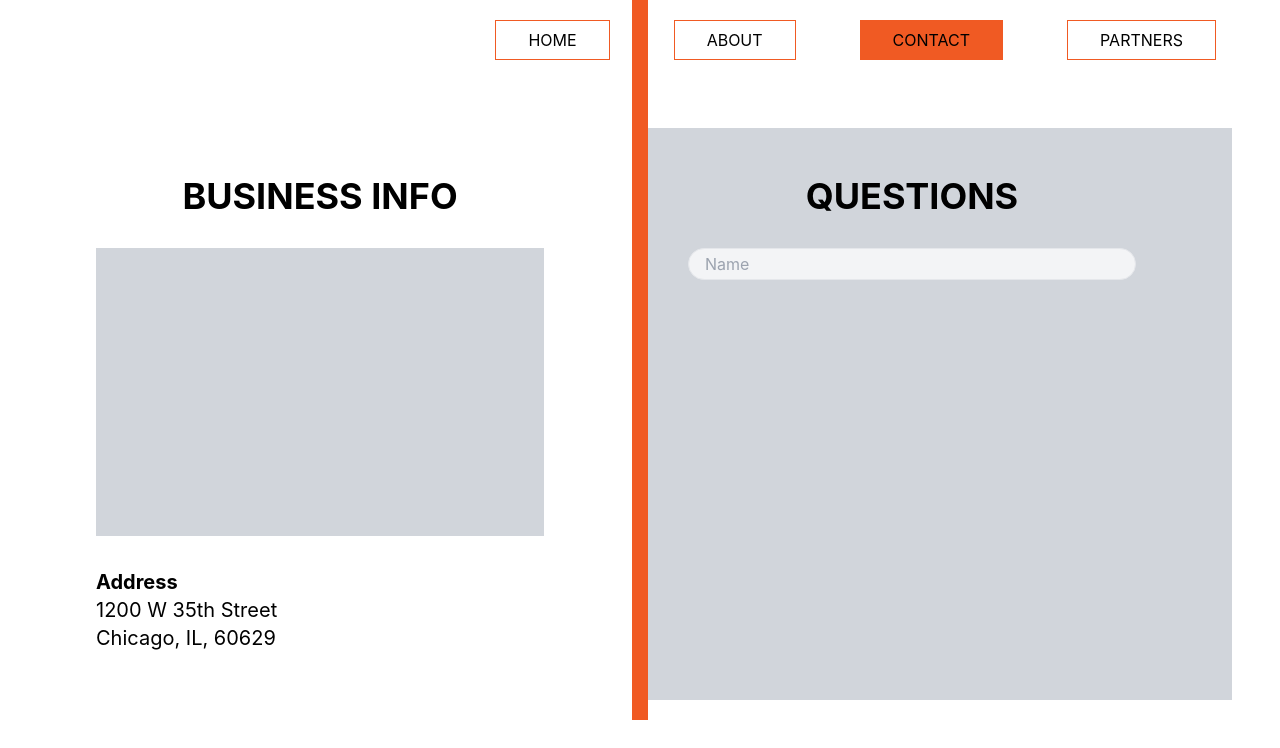
Repository: legenddev1202/whyclicktv
Page: /contact
The author's editor kept a copy of each file at every save. The page is drawn from the files as they stood at one save, then again after the next save.
The browser window is 1280 px wide. The pictures show the whole page.
The project was rebuilt for these pictures with package versions that can differ from the ones it lists, and the page was loaded fresh each time. Also part of the build but not shown: src/pages/home.js, src/pages/about.js, src/App.css.

Above is the page before, as saved 2022-03-31 09:51:36.

### src/index.css
@tailwind base;
@tailwind components;
@tailwind utilities;

body {
  margin: 0;
  font-family: -apple-system, BlinkMacSystemFont, "Segoe UI", "Roboto", "Oxygen",
    "Ubuntu", "Cantarell", "Fira Sans", "Droid Sans", "Helvetica Neue",
    sans-serif;
  -webkit-font-smoothing: antialiased;
  -moz-osx-font-smoothing: grayscale;
  height: 100%;
  min-height: 500px;
}

code {
  font-family: source-code-pro, Menlo, Monaco, Consolas, "Courier New",
    monospace;
}

### src/App.js
import { Routes, Route, Link } from "react-router-dom";
import Home from "./pages/home";
import About from "./pages/about";
import "./App.css";
import Contact from "./pages/contact";

function App() {
  return (
    <Routes>
      <Route path="/" element={<Home />} />
      <Route path="about" element={<About />} />
      <Route path="contact" element={<Contact />} />
    </Routes>
  );
}

export default App;

### src/pages/contact.js
import React from "react";
import { Routes, Route, Link } from "react-router-dom";

function Contact() {
  return (
    <div className="relative h-full w-full" style={{ height: "100vh" }}>
      <div className="bg-transparent w-full h-20 flex items-center px-8 justify-between z-20 absolute">
        <div></div>
        <div className="bg-transparent">
          <button
            className="h-10 px-8 mx-8 border"
            style={{ borderColor: "#F05A23", backgroundColor: "white" }}
          >
            <Link to="/">HOME</Link>
          </button>
          <button
            className="h-10 px-8 mx-8 border"
            style={{ borderColor: "#F05A23", backgroundColor: "white" }}
          >
            <Link to="/about">ABOUT</Link>
          </button>
          <button
            className="h-10 px-8 mx-8 border"
            style={{ borderColor: "#F05A23", backgroundColor: "#F05A23" }}
          >
            <Link to="/contact">CONTACT</Link>
          </button>
          <button
            className="h-10 px-8 mx-8 border"
            style={{ borderColor: "#F05A23" }}
          >
            <Link to="/contact">PARTNERS</Link>
          </button>
        </div>
      </div>
      <div
        className="absolute w-4 h-full left-0 right-0 mx-auto z-10"
        style={{ backgroundColor: "#F05A23", height: "100vh" }}
      ></div>
      <div className="w-full mt-20 absolute p-12 flex">
        <div className="w-1/2 p-12 pr-24 flex flex-col items-center">
          <div className="text-4xl font-bold">BUSINESS INFO</div>
          <div className="w-full h-72 bg-gray-300 mt-8"></div>
          <div className="mt-8 self-start">
            <div className="text-xl font-bold">Address</div>
            <div className="text-xl">1200 W 35th Street </div>
            <div className="text-xl">Chicago, IL, 60629 </div>
          </div>
        </div>
        <div className="w-1/2 p-12 bg-gray-300 pr-24 flex flex-col items-center">
          <div className="text-4xl font-bold">QUESTIONS</div>
          <div className="w-full mt-8">
            <input
              className="w-full rounded-full h-8 border px-4 bg-gray-100"
              placeholder="Name"
            ></input>
          </div>
        </div>
      </div>
    </div>
  );
}

export default Contact;

Loaded but not shown: public/index.html (common file); src/index.js (common file); src/reportWebVitals.js (common file); tailwind.config.js (common file)

After the next save:
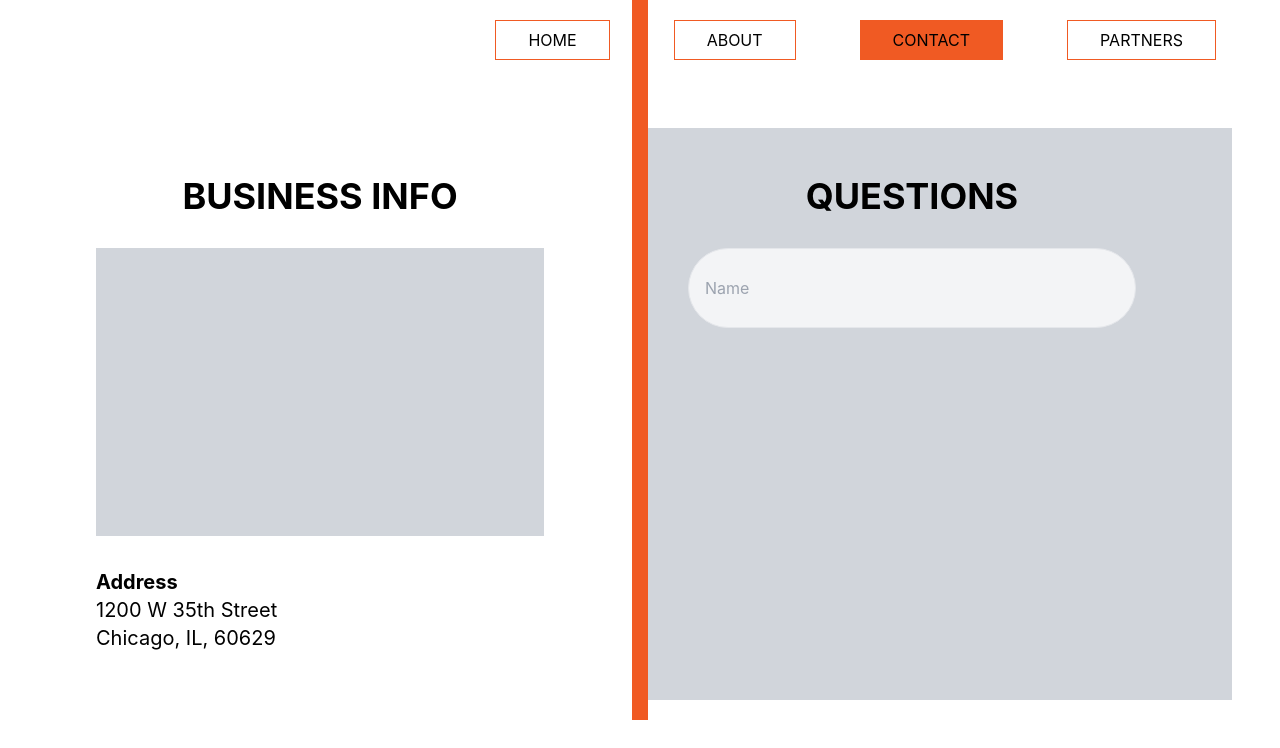
Saved 10 s later.
--- a/src/pages/contact.js
+++ b/src/pages/contact.js
@@ -51,7 +51,7 @@ function Contact() {
           <div className="text-4xl font-bold">QUESTIONS</div>
           <div className="w-full mt-8">
             <input
-              className="w-full rounded-full h-8 border px-4 bg-gray-100"
+              className="w-full rounded-full h-20 border px-4 bg-gray-100"
               placeholder="Name"
             ></input>
           </div>
